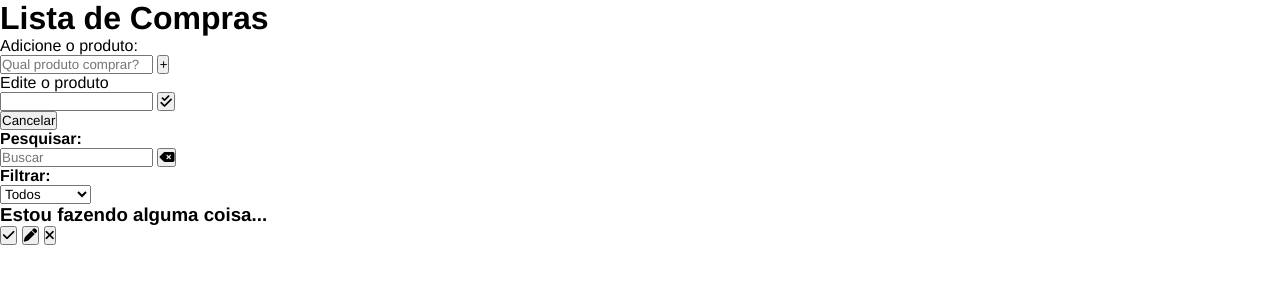
Repository: Dkrvalho/mercado
Page: index.html
An editor plug-in stored every save of this project. The page is shown before and after the next save, followed by the edit.
The browser window is 1280 px wide. The pictures show the whole page.

Above is the page before, as saved 2023-01-09 12:37:18.

### index.html
<!DOCTYPE html>
<html lang="en">
<head>
    <meta charset="UTF-8">
    <meta http-equiv="X-UA-Compatible" content="IE=edge">
    <meta name="viewport" content="width=device-width, initial-scale=1.0">
    <!-- CSS -->
    <link rel="stylesheet" href="css/style.css">
    <!-- Font Awesome -->
    <link rel="stylesheet" href="https://cdnjs.cloudflare.com/ajax/libs/font-awesome/6.2.1/css/all.min.css" integrity="sha512-MV7K8+y+gLIBoVD59lQIYicR65iaqukzvf/nwasF0nqhPay5w/9lJmVM2hMDcnK1OnMGCdVK+iQrJ7lzPJQd1w==" crossorigin="anonymous" referrerpolicy="no-referrer" />
    <!-- JS -->
    <script src="js/script.js" defer></script>
    <!-- defer faz com que o js seja carregado após o html -->
    <title>Lista de Compras</title>
</head>
    <main class="container">
        <header>
            <h1>Lista de Compras</h1>
        </header>
        <form id="form">
            <p>Adicione o produto:</p>
            <div class="form-control">
                <input type="text" id="todo-input" placeholder="Qual produto comprar?">
                <button type="submit">
                    <i class="fa-thin fa-plus"></i>
                </button>
            </div>
        </form>
        <form id="edit-form">
            <p>Edite o produto</p>
            <div id="form-control">
                <input type="text" id="edit-input">
                <button type="submit">
                    <i class="fa-solid fa-check-double"></i>
                </button>
            </div>
            <button id="cancel-edit-btn">Cancelar</button>
        </form>
        <div id="tollbar">
            <div id="search">
                <h4>Pesquisar:</h4>
                <form>
                    <input type="text" id="search-input" placeholder="Buscar">
                    <button id="erase-btn">
                        <i class="fa-solid fa-delete-left"></i>
                    </button>
                </form>
            </div>
        </div>
        <div id="filter">
            <h4>Filtrar:</h4>
            <select id="filter-select">
                <option value="all">Todos</option>
                <option value="done">Comprados</option>
                <option value="todo">A comprar</option>
            </select>
        </div>
        <div id="todo-list">
            <div id="todo">
                <h3>Estou fazendo alguma coisa...</h3>
                <button class="finih-todo">
                    <i class="fa-solid fa-check"></i>
                </button>
                <button class="edit-todo">
                    <i class="fa-solid fa-pen"></i>
                </button>
                <button class="remove-todo">
                    <i class="fa-solid fa-xmark"></i>
                </button>
            </div>
        </div>
    </main>
<body>

</body>
</html>

### css/style.css
/* Geral */
* {
    padding: 0;
    margin: 0;
    font-family: Helvetica, sans-serif, Arial;
    color: ;
}

Loaded but not shown: js/script.js (no copy from this time; the picture is the same without it)

After the next save:
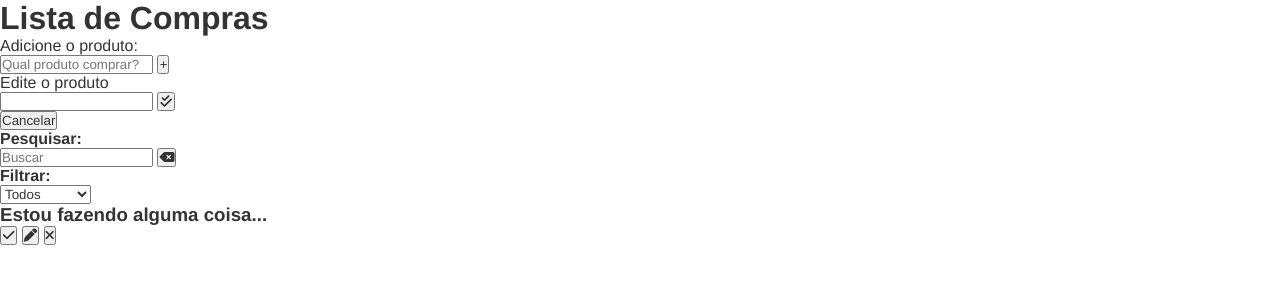
Saved 4 s later.
--- a/css/style.css
+++ b/css/style.css
@@ -3,5 +3,5 @@
     padding: 0;
     margin: 0;
     font-family: Helvetica, sans-serif, Arial;
-    color: ;
+    color: #333;
 }
